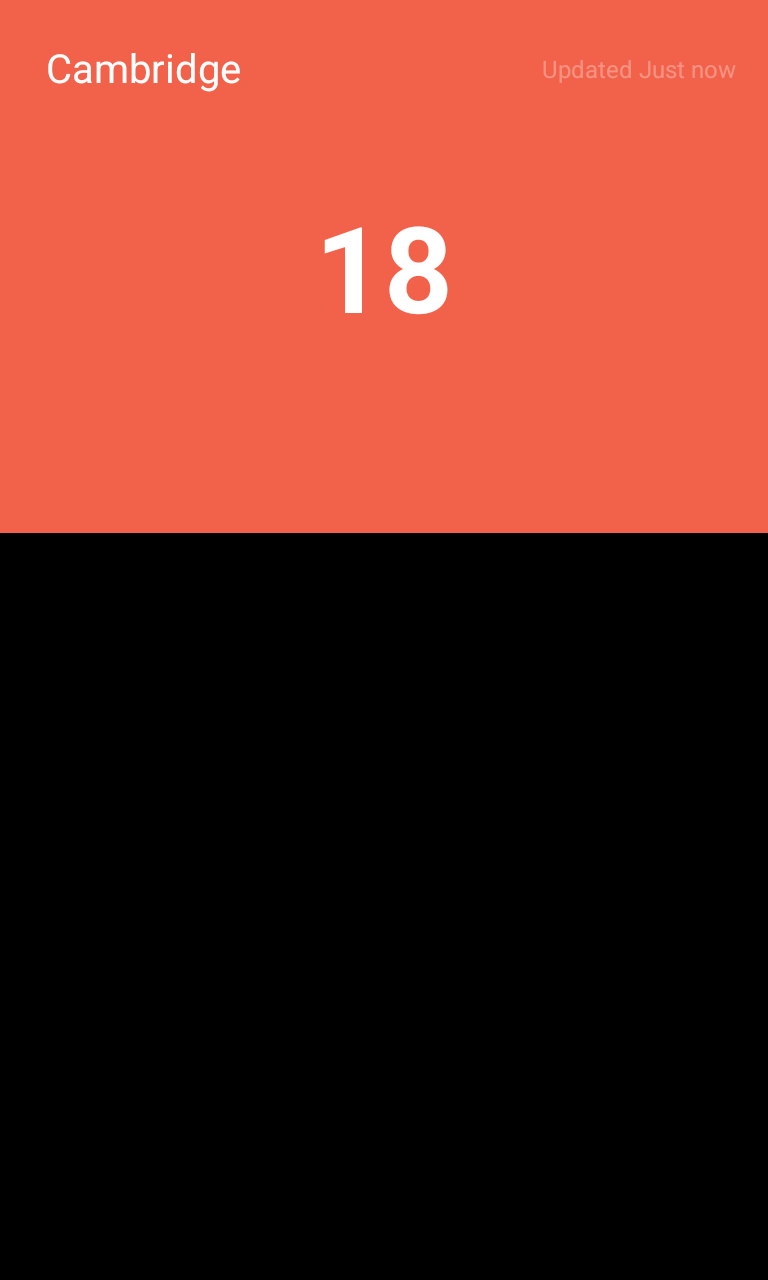
Repository: HarithaAmmuHari/Project
Layout: ExampleAnoop/res/layout/activity_main.xml
The author's editor kept a copy of each file at every save. The layout is drawn from the files as they stood at one save, then again after the next save.
It is drawn on a 768 x 1280 px phone screen (xhdpi) without system bars, with theme android:Theme; the app's code is not run.

Above is the layout before, as saved 2015-01-24 04:53:21.

After the next save:
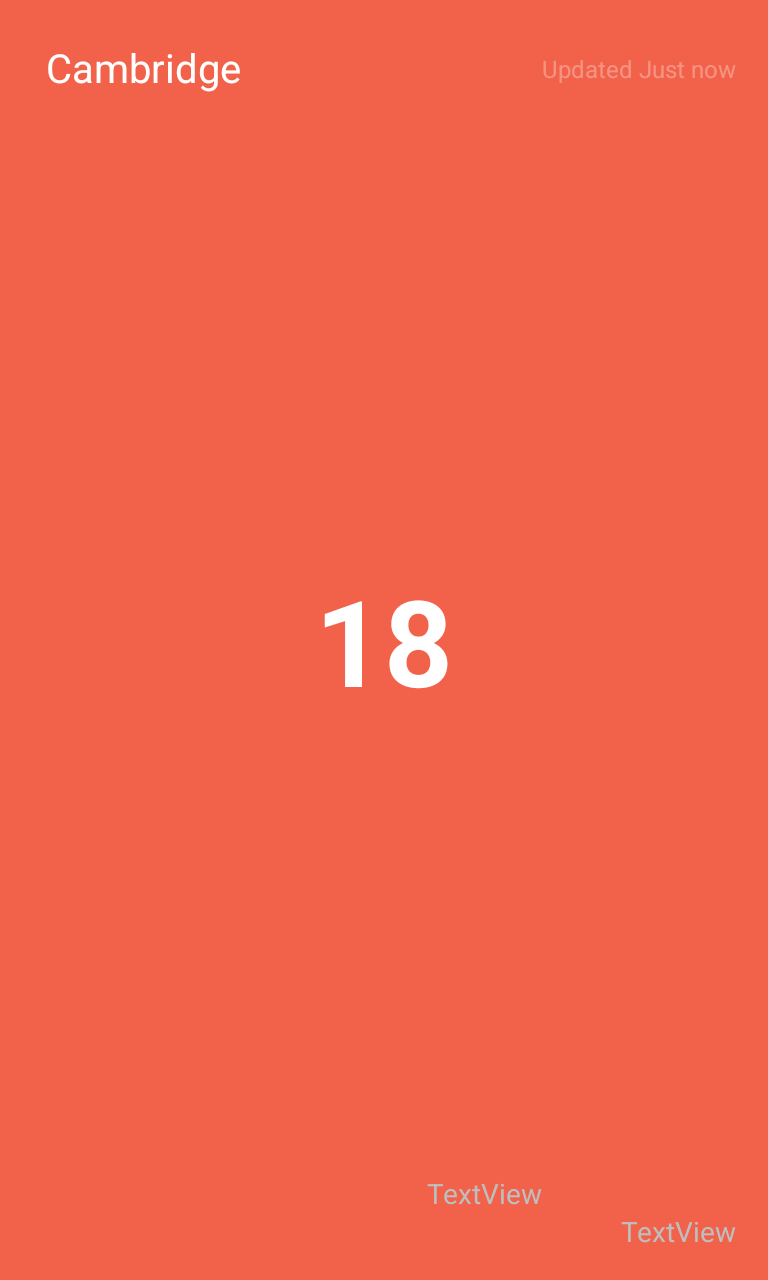
Saved 99 s later.
--- a/ExampleAnoop/res/layout/activity_main.xml
+++ b/ExampleAnoop/res/layout/activity_main.xml
@@ -49,6 +49,33 @@
             android:textColor="#fff"
             android:textSize="60sp"
             android:textStyle="bold" />
+
+        <TextView
+            android:id="@+id/textView4"
+            android:layout_width="wrap_content"
+            android:layout_height="wrap_content"
+            android:textColor="#50fff"
+            android:layout_alignParentBottom="true"
+            android:layout_marginBottom="15dp"
+            android:text="Sunny" />
+
+        <TextView
+            android:id="@+id/textView5"
+            android:layout_width="wrap_content"
+            android:layout_height="wrap_content"
+            android:layout_alignBaseline="@+id/textView4"
+            android:layout_alignBottom="@+id/textView4"
+            android:layout_alignRight="@+id/textView2"
+            android:text="TextView" />
+
+        <TextView
+            android:id="@+id/textView6"
+            android:layout_width="wrap_content"
+            android:layout_height="wrap_content"
+            android:layout_above="@+id/textView4"
+            android:layout_toLeftOf="@+id/textView2"
+            android:text="TextView" />
+
     </RelativeLayout>
 
 </LinearLayout>
